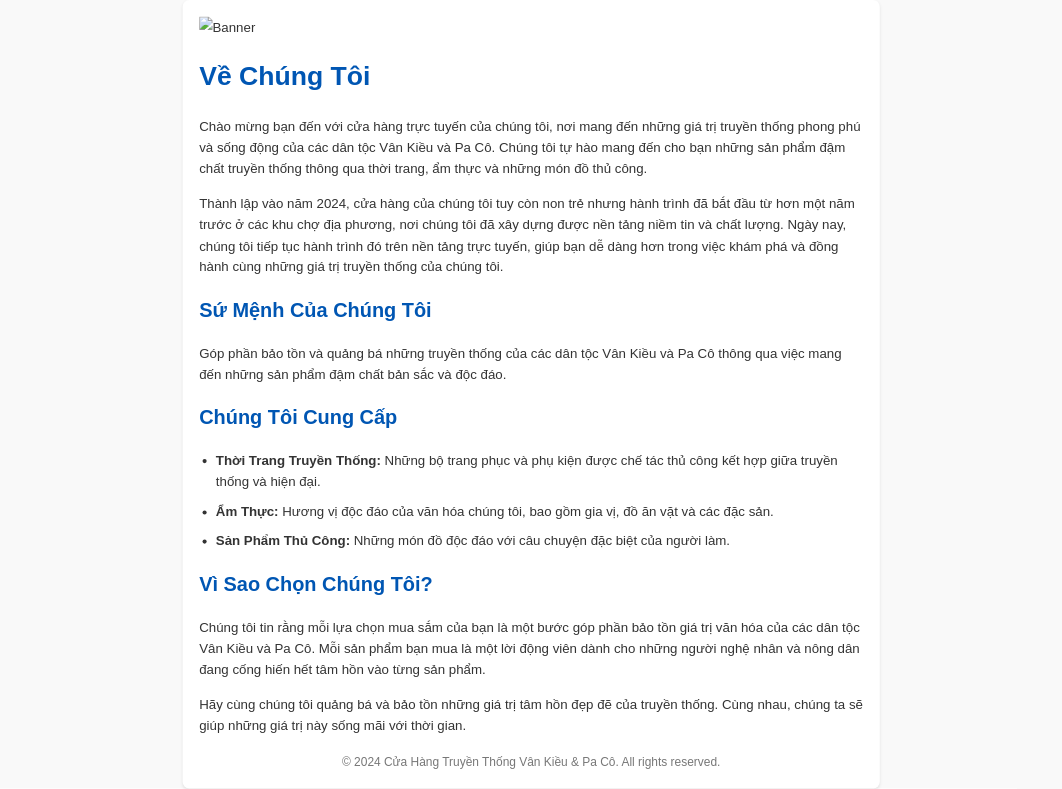
Repository: DangVai/LocalProduct
Page: http://localhost/LocalProduct/Views/frontend/aboutus.php
These files come from the project's save history. The page is drawn as it stood at one moment and after the next save; the edit follows.
The browser window is 1280 px wide. The pictures show the whole page, at 83% of full size.
The page is run by PHP 8.4 with error messages shown; the project is at /var/www/html/.

Above is the page before, as saved 2024-12-31 08:57:36.

After the next save:
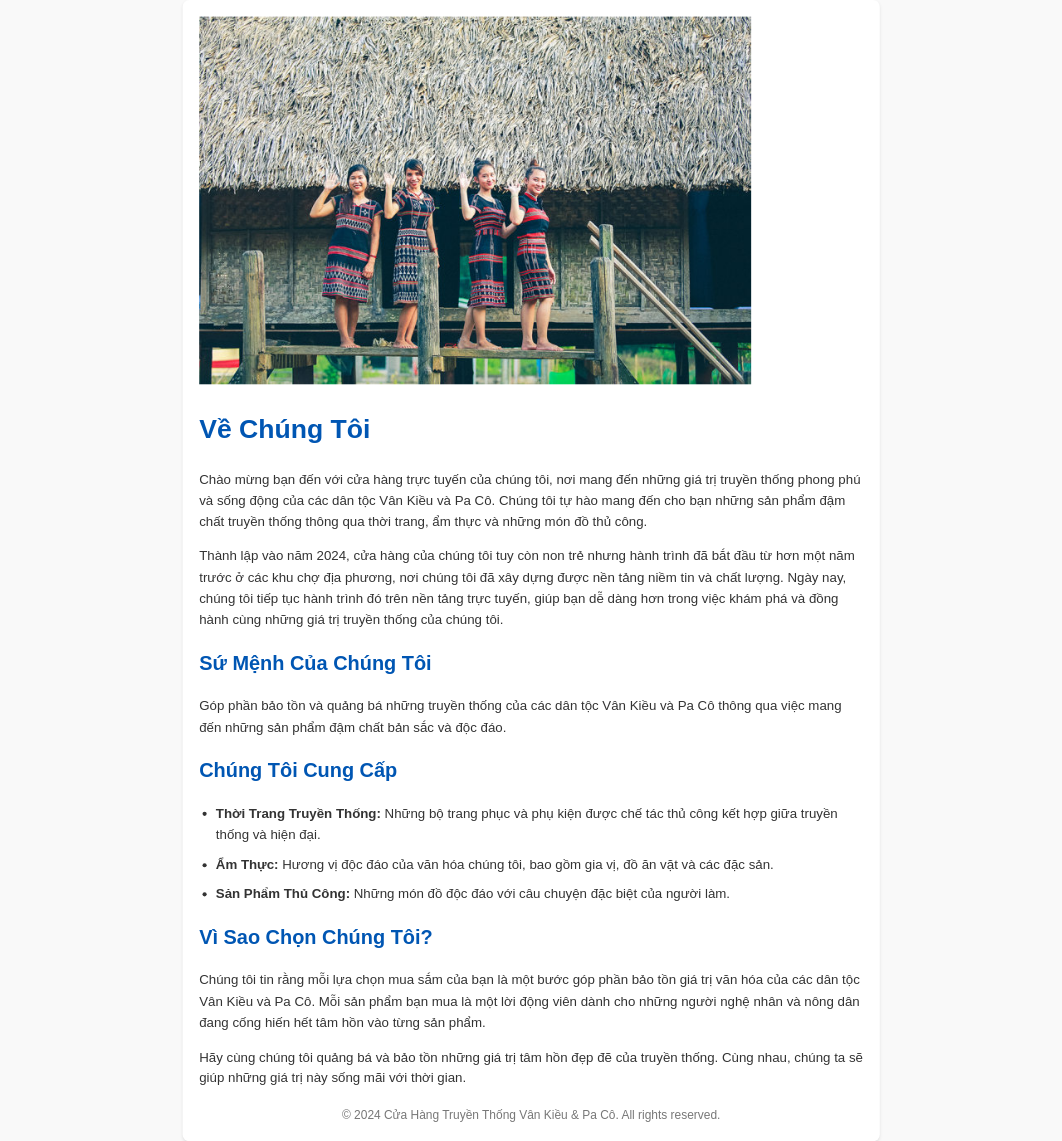
Saved 7 s later.
--- a/Views/frontend/aboutus.php
+++ b/Views/frontend/aboutus.php
@@ -11,7 +11,7 @@
 <body>
     <div class="container">
         <div class="banner">
-            <img src="/LocalProduct/public/images/paco" alt="Banner ">
+            <img src="/LocalProduct/public/images/Paco.jpg" alt="Banner ">
         </div>
         <h1>Về Chúng Tôi</h1>
         <p>Chào mừng bạn đến với cửa hàng trực tuyến của chúng tôi, nơi mang đến những giá trị truyền thống phong phú và sống động của các dân tộc Vân Kiều và Pa Cô. Chúng tôi tự hào mang đến cho bạn những sản phẩm đậm chất truyền thống thông qua thời trang, ẩm thực và những món đồ thủ công.</p>
